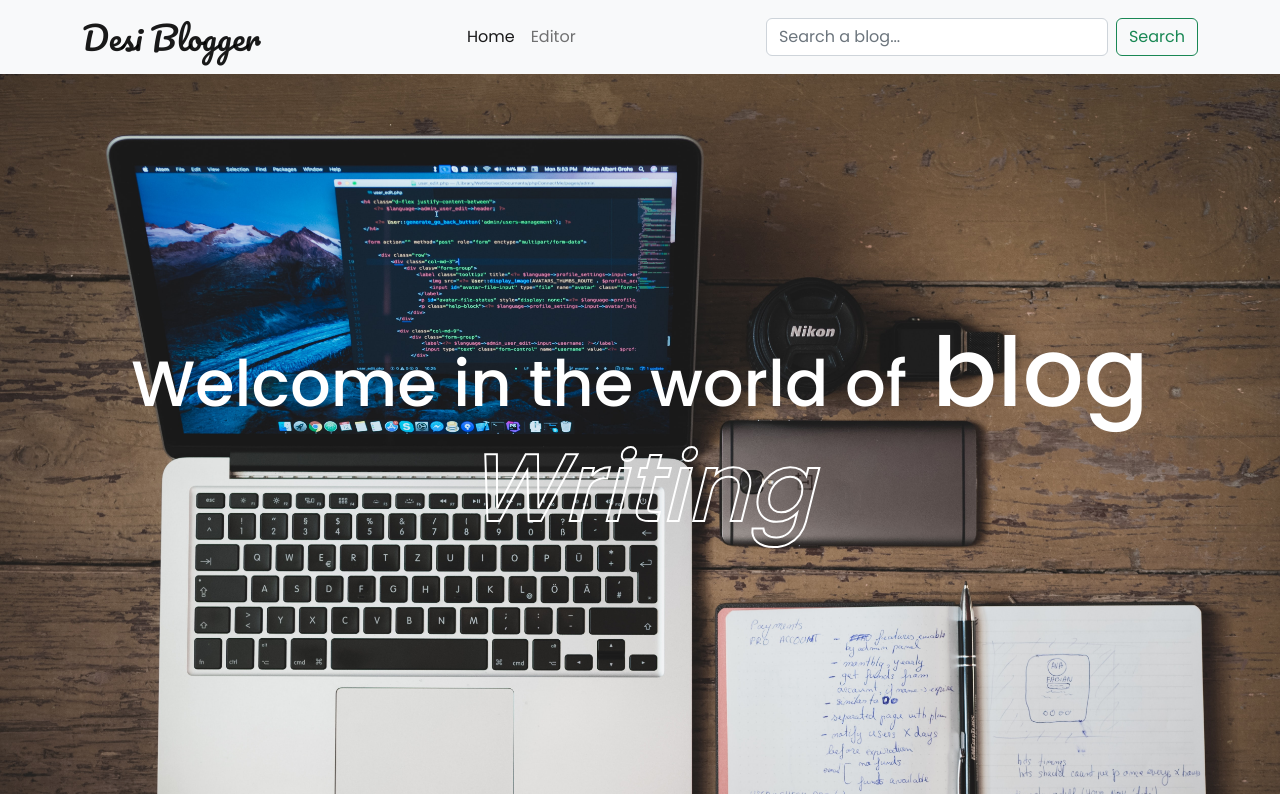
Repository: badhon252/Desi_Blogger
Page: public/home.html
These files come from the project's save history. The page is drawn as it stood at one moment and after the next save; the edit follows.
The browser window is 1280 px wide. The pictures show the whole page.

Above is the page before, as saved 2022-11-15 20:48:15.

After the next save:
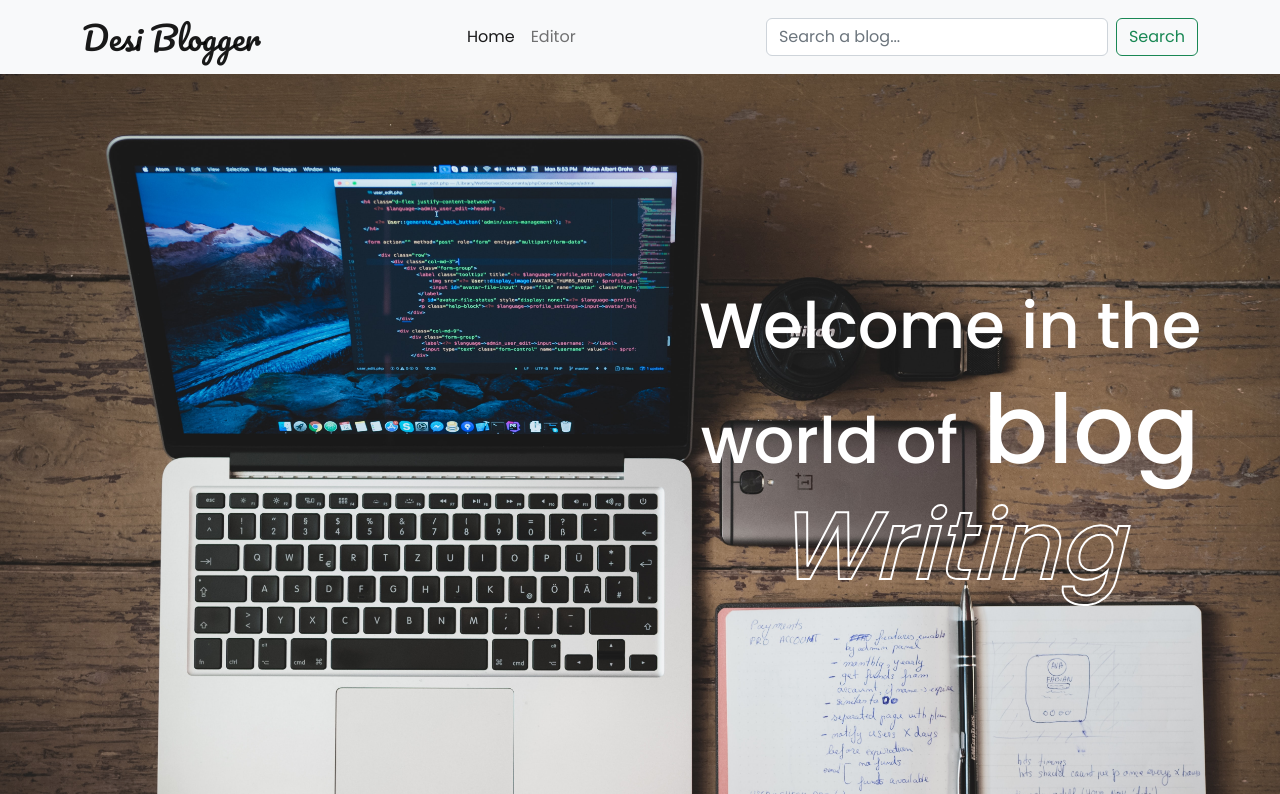
Saved 12 s later.
--- a/public/home.html
+++ b/public/home.html
@@ -50,6 +50,9 @@
             </div>
         </nav>
         <section class="content">
+            <div class="container">
+
+            </div>
             <h1 class="heading">
                 <span class="small">
                     Welcome in the world of</span>

After the save that followed:
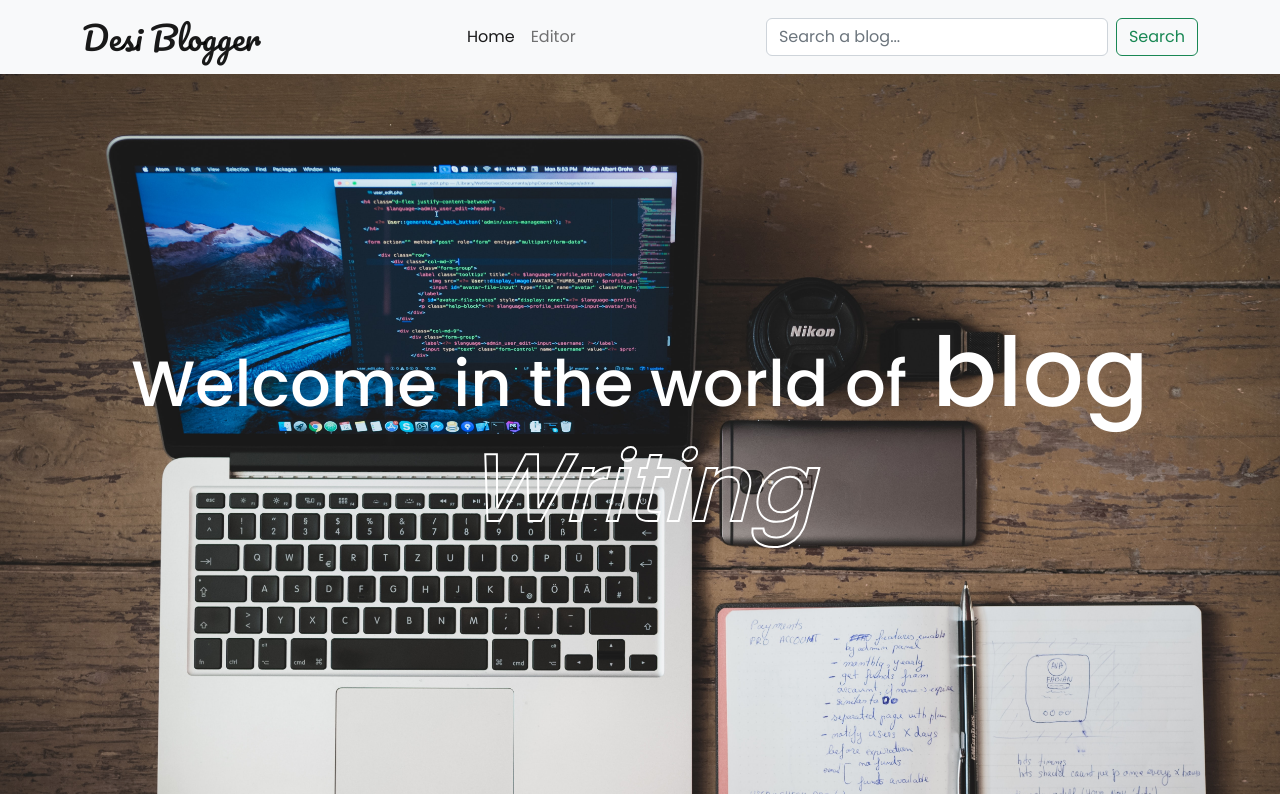
Saved 5 s later.
--- a/public/home.html
+++ b/public/home.html
@@ -52,13 +52,13 @@
         <section class="content">
             <div class="container">
 
+                <h1 class="heading">
+                    <span class="small">
+                        Welcome in the world of</span>
+                    blog
+                    <span class="no-phill">Writing</span>
+                </h1>
             </div>
-            <h1 class="heading">
-                <span class="small">
-                    Welcome in the world of</span>
-                blog
-                <span class="no-phill">Writing</span>
-            </h1>
 
 
         </section>
